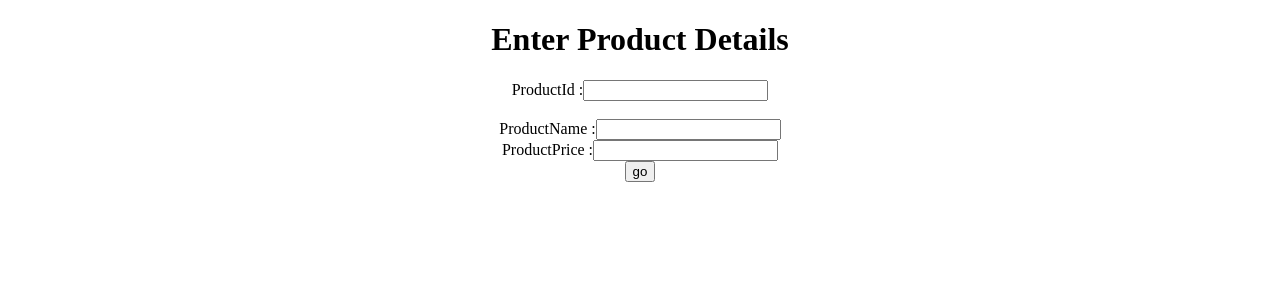
Repository: Vishu4401/FlyAway-An-Airline-Booking-Portal-
Page: Retrieving_the_Product_Details_Using_the_Product_ID/src/main/webapp/form.html
An editor plug-in stored every save of this project. The page is shown before and after the next save, followed by the edit.
The browser window is 1280 px wide. The pictures show the whole page.

Above is the page before, as saved 2022-08-23 04:01:19.

### Retrieving_the_Product_Details_Using_the_Product_ID/src/main/webapp/form.html
<!DOCTYPE html>
<html>
<head>
<meta charset="ISO-8859-1">
<title>Search Products based on Product ID</title>
</head>
<body>
<center>
<h1>Enter Product Details</h1>
<form action="set.jsp">

 ProductId      :<input type="text" name="id"><br/><br/>
  ProductName   :<input type="text" name="name"><br>
  ProductPrice  :<input type="text" name="price"><br>
<input type="submit" value="go"><br/>
</form>

</center>
</body>
</html>

After the next save:
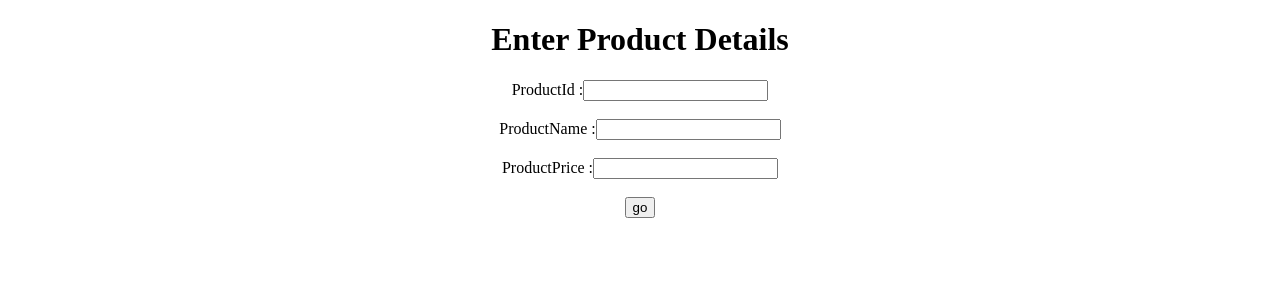
Saved 20 s later.
--- a/Retrieving_the_Product_Details_Using_the_Product_ID/src/main/webapp/form.html
+++ b/Retrieving_the_Product_Details_Using_the_Product_ID/src/main/webapp/form.html
@@ -10,8 +10,8 @@
 <form action="set.jsp">
 
  ProductId      :<input type="text" name="id"><br/><br/>
-  ProductName   :<input type="text" name="name"><br>
-  ProductPrice  :<input type="text" name="price"><br>
+  ProductName   :<input type="text" name="name"><br><br/>
+  ProductPrice  :<input type="text" name="price"><br><br/>
 <input type="submit" value="go"><br/>
 </form>
 
